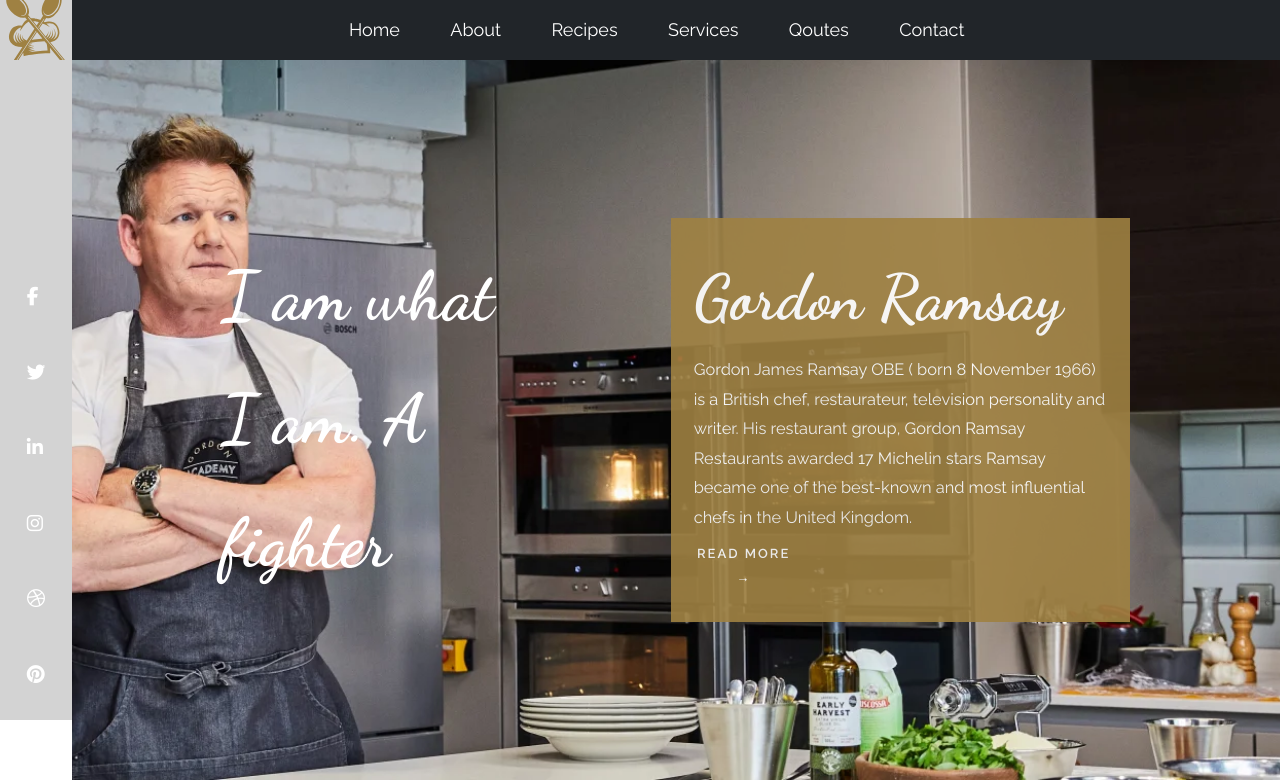
Repository: Esraa22M/Gordon-Ramsay-Biography
Page: index.html
These files come from the project's save history. The page is drawn as it stood at one moment and after the next save; the edit follows.
The browser window is 1280 px wide. The pictures show the whole page.
Backgrounds fixed to the window are drawn as part of the page. Some web libraries are served in a nearby version.

Above is the page before, as saved 2022-12-12 22:17:38.

After the next save:
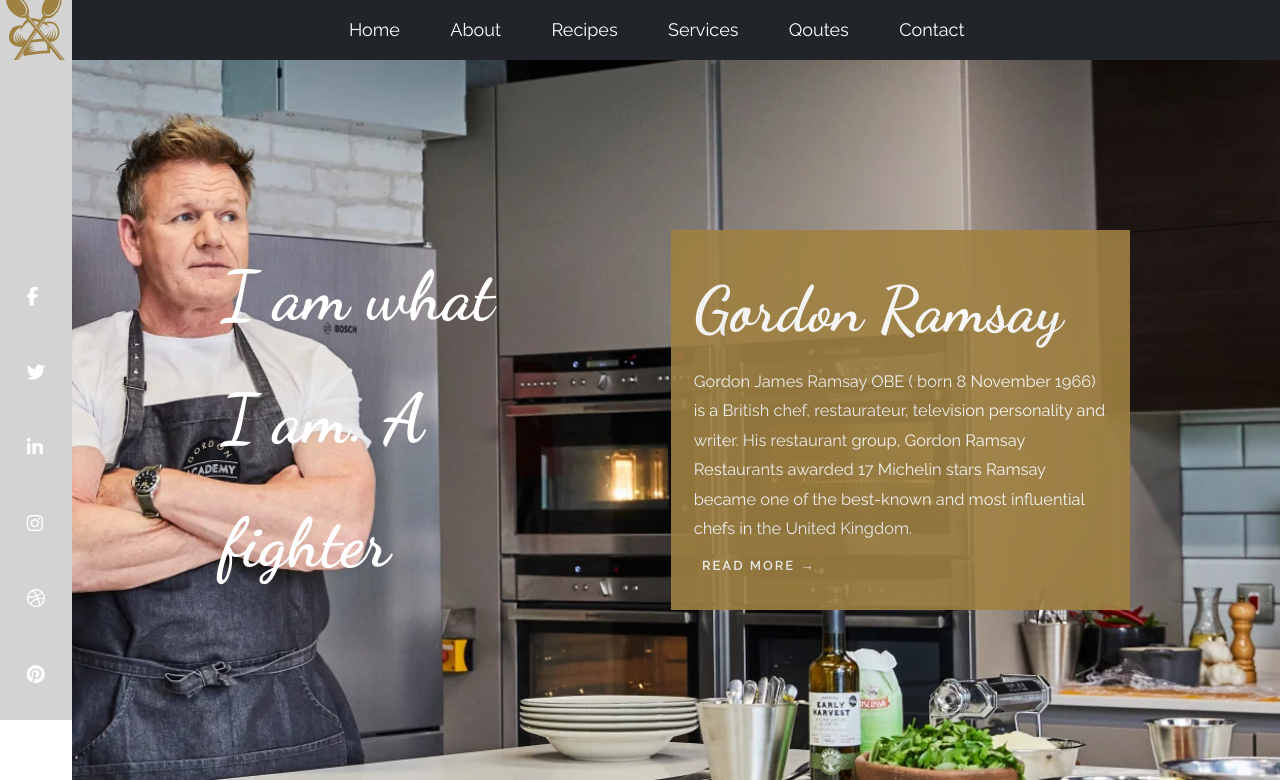
Saved 7 s later.
--- a/style.css
+++ b/style.css
@@ -176,7 +176,7 @@
 .show-case__content--link:link {
   padding: 1rem 0;
   transition: all 0.5s ease-in-out;
-  width: 10rem;
+  width: 13rem;
   text-align: center;
   text-transform: uppercase;
   font-size: 1.3rem;
